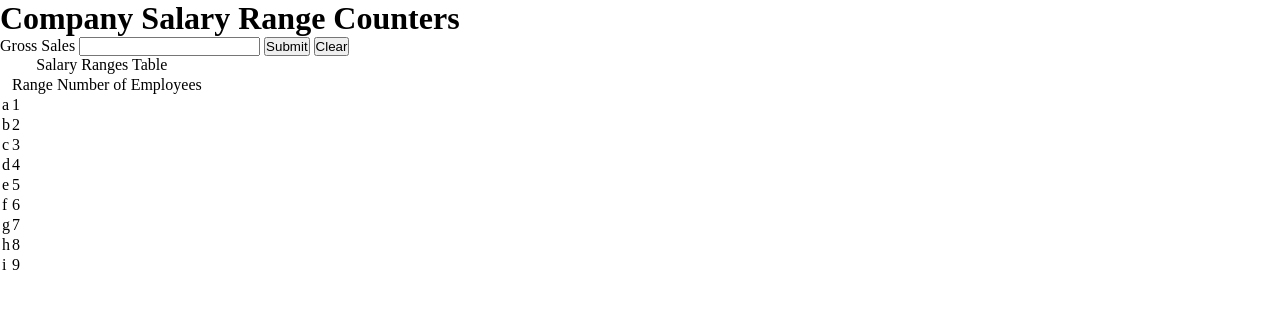
Repository: mlmEFSC21/P17-Sales-Commision
Page: sales.html
These files come from the project's save history. The page is drawn as it stood at one moment and after the next save; the edit follows.
The browser window is 1280 px wide. The pictures show the whole page.

Above is the page before, as saved 2022-03-29 15:05:11.

After the next save:
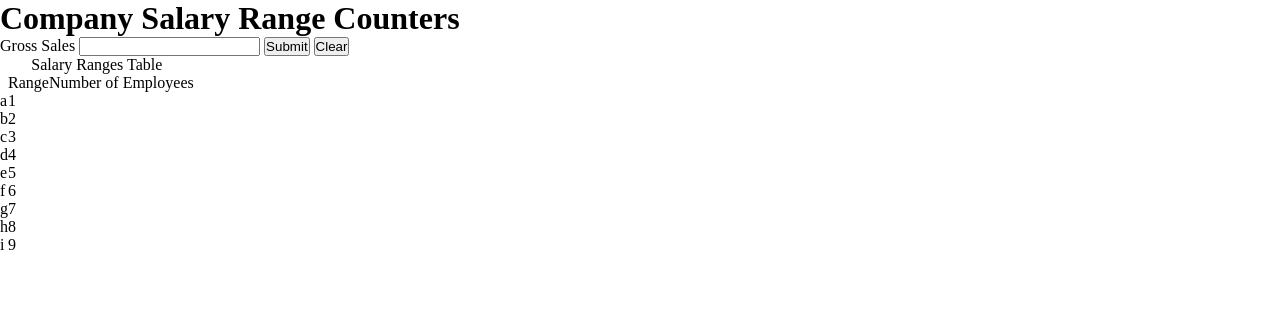
Saved 105 s later.
--- a/sales.css
+++ b/sales.css
@@ -5,3 +5,6 @@
     margin: 0;
     padding: 0;
 }
+table {
+    border-collapse: collapse;
+}
